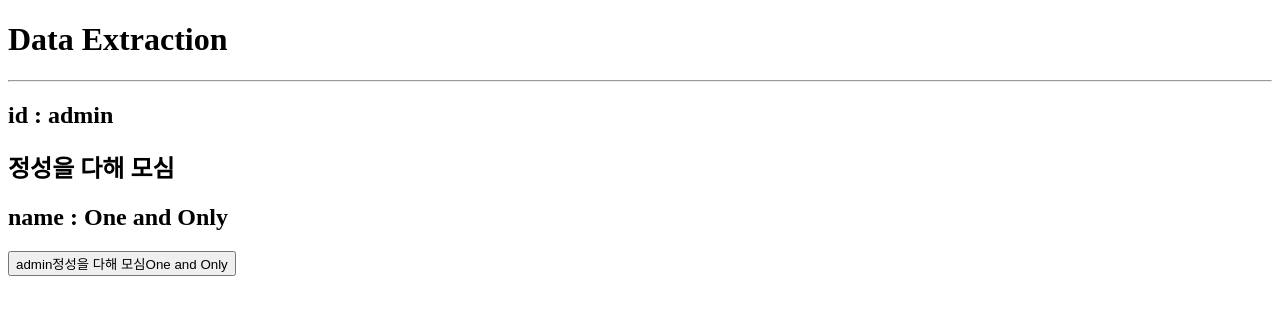
Repository: zxcvne/1400_web_nhs
Page: http://localhost/web/09_param.jsp
These files come from the project's save history. The page is drawn as it stood at one moment and after the next save; the edit follows.
The browser window is 1280 px wide. The pictures show the whole page.
The page is served by Tomcat 10. Other server files are loaded and not shown.

Above is the page before, as saved 2025-10-26 07:19:58.

### 05_jsp/src/web/src/main/webapp/09_param.jsp
<%@ page language="java" contentType="text/html; charset=UTF-8"
    pageEncoding="UTF-8"%>
<!DOCTYPE html>
<html>
<head>
<meta charset="UTF-8">
<title>Param Action Tag</title>
</head>
<%
	String shout = "야";

%>
<body>
	<h1>Parameter Action Tag</h1>
	<hr>
	<!-- expression Tag도 Action Tag 내 사용 가능 -->
	<jsp:forward page="09_param_process.jsp">
		<jsp:param name="id" value="admin"/>
		<jsp:param name="name" value="One and Only"/>
	</jsp:forward>
</body>
</html>

### 05_jsp/src/web/src/main/webapp/09_param_process.jsp
<%@ page language="java" contentType="text/html; charset=UTF-8"
    pageEncoding="UTF-8"%>
<!DOCTYPE html>
<html>
<head>
<meta charset="UTF-8">
<title>Param Response</title>
</head>
<body>
<%
	String id = request.getParameter("id");
	String treat = null;

	if(id.equals("admin")){
		treat ="정성을 다해 모심";
	}else {
		treat ="내쫓음";
	}
%>

<h1>Data Extraction</h1>
<hr>
<h2>id : <%= id %></h2>
<h2><%=treat%></h2>
<h2>name : <%=request.getParameter("name")%></h2>
<button><%= id +"" + treat + "" + request.getParameter("name") %></button>
</body>
</html>

After the next save:
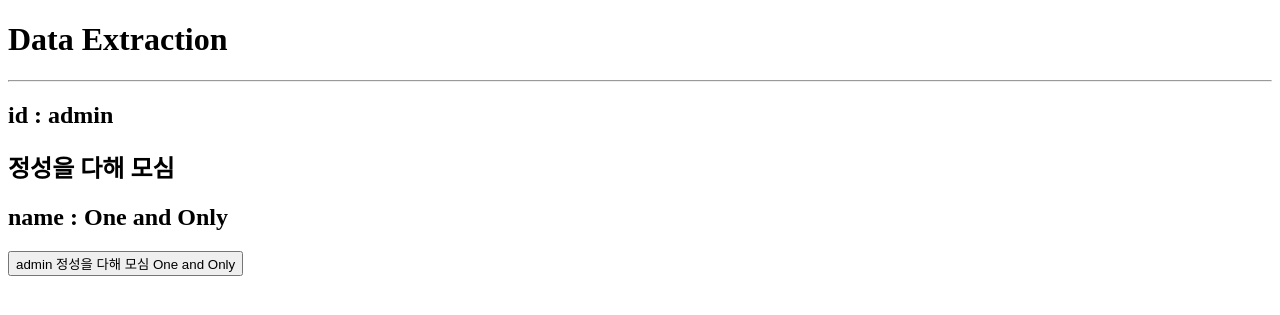
Saved 16 s later.
--- a/05_jsp/src/web/src/main/webapp/09_param_process.jsp
+++ b/05_jsp/src/web/src/main/webapp/09_param_process.jsp
@@ -23,6 +23,6 @@
 <h2>id : <%= id %></h2>
 <h2><%=treat%></h2>
 <h2>name : <%=request.getParameter("name")%></h2>
-<button><%= id +"" + treat + "" + request.getParameter("name") %></button>
+<button><%= id + " " + treat + " " + request.getParameter("name") %></button>
 </body>
 </html>
